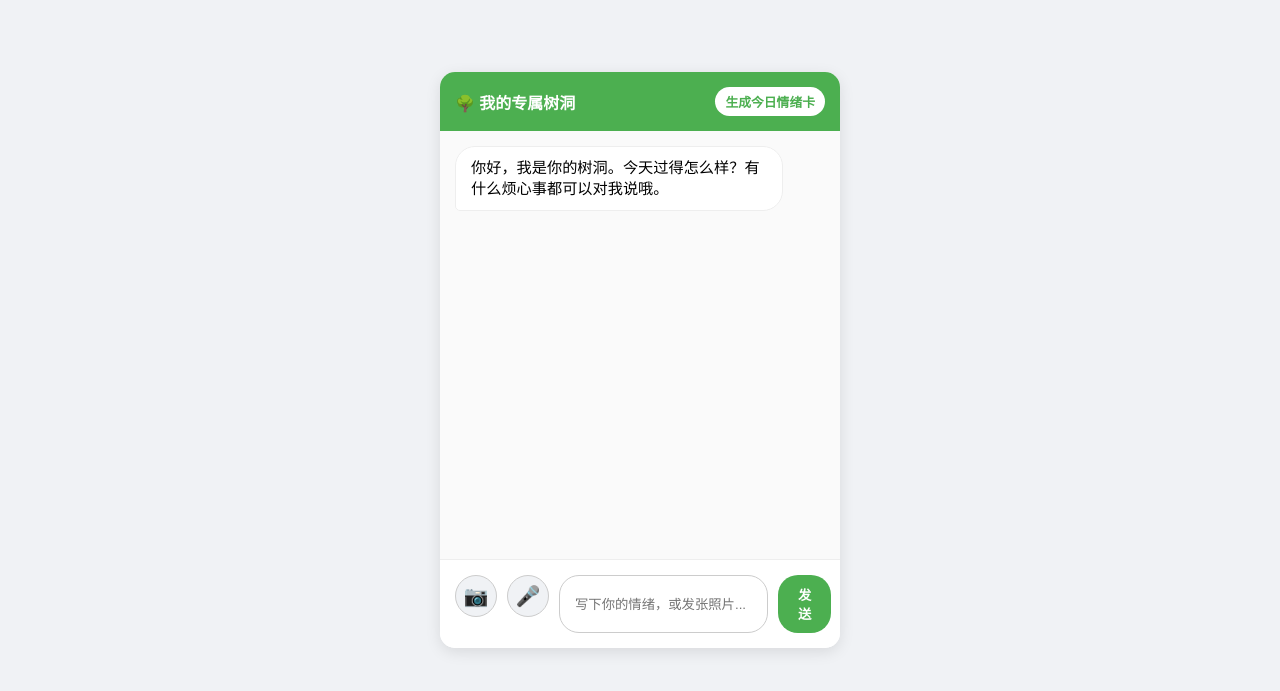
Repository: QinghuaSun1127/Tree_house
Page: index.html
The author's editor kept a copy of each file at every save. The page is drawn from the files as they stood at one save, then again after the next save.
The browser window is 1280 px wide. The pictures show the whole page.

Above is the page before, as saved 2026-04-09 22:42:12.

### index.html
<!DOCTYPE html>
<html lang="zh-CN">

<head>
    <meta charset="UTF-8">
    <meta name="viewport" content="width=device-width, initial-scale=1.0">
    <title>AI 树洞伴侣</title>
    <style>
        body {
            font-family: 'Segoe UI', Tahoma, Geneva, Verdana, sans-serif;
            background-color: #f0f2f5;
            display: flex;
            justify-content: center;
            align-items: center;
            height: 100vh;
            margin: 0;
        }

        .chat-container {
            width: 100%;
            max-width: 400px;
            background: white;
            border-radius: 15px;
            box-shadow: 0 4px 15px rgba(0, 0, 0, 0.1);
            overflow: hidden;
            display: flex;
            flex-direction: column;
            height: 80vh;
        }

        .chat-header {
            background-color: #4CAF50;
            color: white;
            padding: 15px;
            display: flex;
            justify-content: space-between;
            align-items: center;
            font-weight: bold;
        }

        .summary-btn {
            background-color: white;
            color: #4CAF50;
            border: none;
            padding: 5px 10px;
            border-radius: 15px;
            cursor: pointer;
            font-size: 0.8em;
            font-weight: bold;
        }

        .summary-btn:hover {
            background-color: #f0f0f0;
        }

        .chat-box {
            flex: 1;
            padding: 15px;
            overflow-y: auto;
            display: flex;
            flex-direction: column;
            gap: 10px;
            background-color: #fafafa;
        }

        .message {
            max-width: 80%;
            padding: 10px 15px;
            border-radius: 20px;
            line-height: 1.4;
            font-size: 0.95em;
        }

        .user-message {
            background-color: #dcf8c6;
            align-self: flex-end;
            border-bottom-right-radius: 5px;
        }

        .ai-message {
            background-color: #ffffff;
            border: 1px solid #eee;
            align-self: flex-start;
            border-bottom-left-radius: 5px;
        }

        .summary-message {
            background-color: #fff3cd;
            border: 1px solid #ffeeba;
            color: #856404;
            align-self: center;
            width: 90%;
            text-align: center;
            font-size: 0.9em;
            border-radius: 10px;
        }

        .input-area {
            display: flex;
            padding: 15px;
            background: white;
            border-top: 1px solid #eee;
        }

        input[type="text"] {
            flex: 1;
            padding: 10px 15px;
            border: 1px solid #ccc;
            border-radius: 20px;
            outline: none;
        }

        button.send-btn {
            background-color: #4CAF50;
            color: white;
            border: none;
            padding: 10px 20px;
            margin-left: 10px;
            border-radius: 20px;
            cursor: pointer;
            font-weight: bold;
        }
       button.upload-btn {
            background-color: #f0f2f5;
            color: #555;
            border: 1px solid #ccc;
            width: 42px;
            height: 42px;
            /* Flex 居中三剑客 */
            display: flex;
            justify-content: center;
            align-items: center;
            /* 关键修复 1：去除默认行高和内边距，防止图标偏下 */
            line-height: 1;
            padding: 0;
            /* 关键修复 2：防止被右边的输入框挤扁，保证绝对的圆形 */
            flex-shrink: 0;
            border-radius: 50%;
            cursor: pointer;
            margin-right: 10px;
            font-size: 20px;
            outline: none;
        }
        button.upload-btn:hover {
            background-color: #e4e6e9;
        }
        .recording {
            background-color: #ffcccc !important; /* 变成浅红色 */
            color: red !important;
            animation: pulse 1.5s infinite;
        }
        @keyframes pulse {
            0% { transform: scale(1); }
            50% { transform: scale(1.1); }
            100% { transform: scale(1); }
        }    </style>
</head>

<body>

    <div class="chat-container">
        <div class="chat-header">
            <span>🌳 我的专属树洞</span>
            <button class="summary-btn" onclick="getSummary()">生成今日情绪卡</button>
        </div>
        <div class="chat-box" id="chatBox">
            <div class="message ai-message">你好，我是你的树洞。今天过得怎么样？有什么烦心事都可以对我说哦。</div>
        </div>
        <div class="input-area">
            <input type="file" id="imageInput" accept="image/*" style="display: none;" onchange="previewImage()">
            <button class="upload-btn" onclick="document.getElementById('imageInput').click()">📷</button>
            <button class="upload-btn" id="micBtn" onclick="toggleVoice()" title="点击开始/停止说话">🎤</button>

            <input type="text" id="userInput" placeholder="写下你的情绪，或发张照片..." onkeypress="handleKeyPress(event)">
            <button class="send-btn" onclick="sendMessage()">发送</button>
        </div>
        <div id="imagePreviewContainer" style="display: none; padding: 0 15px 10px; background: white;">
            <img id="imagePreview" style="max-height: 60px; border-radius: 8px; border: 1px solid #ccc;">
            <span style="cursor:pointer; color:red; margin-left:10px;" onclick="clearImage()">✖ 取消图片</span>
        </div>
    </div>

    <script>
        // 在系统后台默默记录所有的聊天历史
        let fullChatHistory = "";

        async function sendMessage() {
            const inputField = document.getElementById('userInput');
            const chatBox = document.getElementById('chatBox');
            const text = inputField.value.trim();

            if (!text) return;

            // 1. 显示用户的话，并记录到历史中
            chatBox.innerHTML += `<div class="message user-message">${text}</div>`;
            fullChatHistory += `用户说：${text}\n`;

            inputField.value = '';
            chatBox.scrollTop = chatBox.scrollHeight;

            const loadingId = 'loading-' + Date.now();
            chatBox.innerHTML += `<div class="message ai-message" id="${loadingId}">树洞正在倾听...</div>`;
            chatBox.scrollTop = chatBox.scrollHeight;

            try {
                const response = await fetch('http://127.0.0.1:8000/chat', {
                    method: 'POST',
                    headers: { 'Content-Type': 'application/json' },
                    body: JSON.stringify({
                        text: text,
                        image_url: currentImageDataUrl  // 把刚才保存的图片数据一起发给后端
                    })
                });

                const data = await response.json();

                // 2. 显示 AI 的回复，并记录到历史中
                document.getElementById(loadingId).innerText = data.reply;
                fullChatHistory += `树洞回复：${data.reply}\n`;

            } catch (error) {
                document.getElementById(loadingId).innerText = "（哎呀，树洞似乎开小差了）";
            }

            chatBox.scrollTop = chatBox.scrollHeight;
        }

        // 新增：调用后端摘要接口的函数
        async function getSummary() {
            if (fullChatHistory === "") {
                alert("我们还没有聊天呢，先跟我说说话吧！");
                return;
            }

            const chatBox = document.getElementById('chatBox');
            const loadingId = 'summary-loading-' + Date.now();

            // 在界面上插入一个黄色的专属情绪卡片框
            chatBox.innerHTML += `<div class="message summary-message" id="${loadingId}">正在生成您的专属情绪报告...</div>`;
            chatBox.scrollTop = chatBox.scrollHeight;

            try {
                const response = await fetch('http://127.0.0.1:8000/summary', {
                    method: 'POST',
                    headers: { 'Content-Type': 'application/json' },
                    body: JSON.stringify({ chat_history: fullChatHistory })
                });

                const data = await response.json();

                // 将后端的摘要结果显示在黄色卡片里（把换行符替换为 HTML 的 <br> 以便格式美观）
                document.getElementById(loadingId).innerHTML = "<strong>🌟 今日心境报告 🌟</strong><br>" + data.summary.replace(/\n/g, '<br>');
            } catch (error) {
                document.getElementById(loadingId).innerText = "生成情绪报告失败，请重试。";
            }

            chatBox.scrollTop = chatBox.scrollHeight;
        }

        function handleKeyPress(event) {
                if (event.key === 'Enter') {
                    sendMessage();
                }
            }
        let currentImageDataUrl = null; // 用来暂存用户选择的图片
            // 语音识别全局变量
                let recognition;
                let isRecording = false;

                // 1. 初始化浏览器的语音识别引擎
                if ('webkitSpeechRecognition' in window || 'SpeechRecognition' in window) {
                    const SpeechRecognition = window.SpeechRecognition || window.webkitSpeechRecognition;
                    recognition = new SpeechRecognition();
                    recognition.continuous = false; // 设为 false：说完一句话自动停止
                    recognition.interimResults = false; // 设为 false：只返回最终识别结果
                    recognition.lang = 'zh-CN'; // 设定识别语言为中文

                    // 当录音开始时
                    recognition.onstart = function () {
                        isRecording = true;
                        document.getElementById('micBtn').classList.add('recording');
                        document.getElementById('userInput').placeholder = "正在倾听，请说话...";
                    };

                    // 当识别到语音并转化为文字时
                    recognition.onresult = function (event) {
                        const transcript = event.results[0][0].transcript;
                        const inputField = document.getElementById('userInput');
                        // 将语音转成的文字追加到输入框里
                        inputField.value += transcript;
                    };

                    // 当发生错误（比如没给麦克风权限）时
                    recognition.onerror = function (event) {
                        console.error("语音识别错误: ", event.error);
                        if (event.error === 'not-allowed') {
                            alert("无法录音，请在浏览器地址栏左侧允许麦克风权限！");
                        }
                    };

                    // 当录音结束时
                    recognition.onend = function () {
                        isRecording = false;
                        document.getElementById('micBtn').classList.remove('recording');
                        document.getElementById('userInput').placeholder = "写下你的情绪，或发张照片...";
                    };
                } else {
                    console.warn("当前浏览器不支持 Web Speech API");
                }

                // 2. 绑定按钮点击事件：点击开始，再点停止
                function toggleVoice() {
                    if (!recognition) {
                        alert("非常抱歉，您的浏览器不支持语音输入功能，推荐使用最新版 Chrome 或 Edge 浏览器。");
                        return;
                    }
                    if (isRecording) {
                        recognition.stop();
                    } else {
                        recognition.start();
                    }
                }
            // 1. 用户选择图片后的预览与转换逻辑
            function previewImage() {
                const file = document.getElementById('imageInput').files[0];
                if (file) {
                    const reader = new FileReader();
                    reader.onload = function (e) {
                        currentImageDataUrl = e.target.result; // 这就是那串神奇的 Base64 代码
                        document.getElementById('imagePreview').src = currentImageDataUrl;
                        document.getElementById('imagePreviewContainer').style.display = 'block';
                    };
                    reader.readAsDataURL(file); // 开始读取文件
                }
            }

            // 2. 取消图片的逻辑
            function clearImage() {
                currentImageDataUrl = null;
                document.getElementById('imageInput').value = '';
                document.getElementById('imagePreviewContainer').style.display = 'none';
            }
    </script>

</body>

</html>

After the next save:
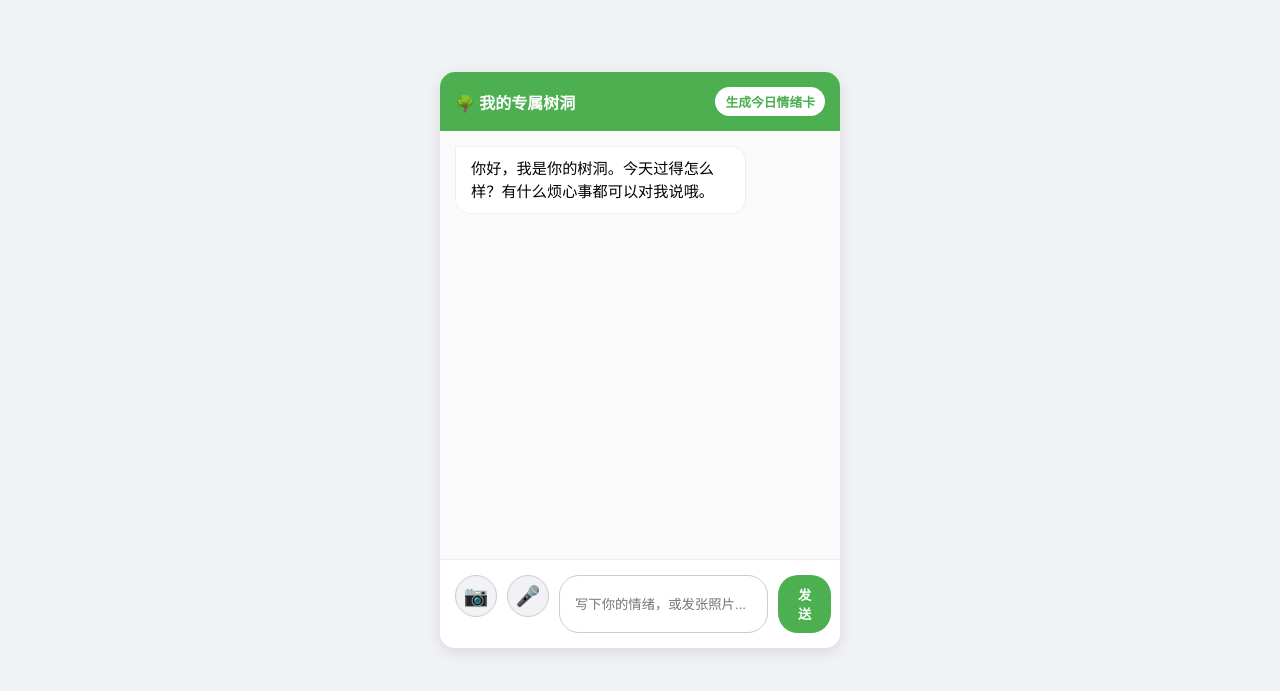
Saved 28 min 55 s later.
--- a/index.html
+++ b/index.html
@@ -63,25 +63,74 @@
             background-color: #fafafa;
         }
 
+        /* --- 消息容器与头像样式 --- */
+        .message-wrapper {
+            display: flex;
+            align-items: flex-start;
+            margin-bottom: 15px;
+            gap: 10px;
+        }
+        .user-wrapper {
+            flex-direction: row-reverse; /* 用户消息靠右，头像在右 */
+        }
+        .ai-wrapper {
+            flex-direction: row; /* AI消息靠左，头像在左 */
+        }
+        .avatar {
+            width: 36px;
+            height: 36px;
+            border-radius: 50%;
+            display: flex;
+            justify-content: center;
+            align-items: center;
+            font-size: 20px;
+            background-color: #eee;
+            flex-shrink: 0;
+            box-shadow: 0 2px 5px rgba(0,0,0,0.1);
+        }
+        .ai-avatar { background-color: #e8f5e9; } /* 浅绿色背景 */
+        .user-avatar { background-color: #e3f2fd; } /* 浅蓝色背景 */
+
+        /* --- 气泡样式优化 --- */
         .message {
-            max-width: 80%;
+            max-width: 70%;
             padding: 10px 15px;
-            border-radius: 20px;
-            line-height: 1.4;
+            border-radius: 15px;
+            line-height: 1.5;
             font-size: 0.95em;
-        }
-
+            word-wrap: break-word;
+        }
         .user-message {
             background-color: #dcf8c6;
-            align-self: flex-end;
-            border-bottom-right-radius: 5px;
-        }
-
+            border-top-right-radius: 2px;
+        }
         .ai-message {
             background-color: #ffffff;
             border: 1px solid #eee;
-            align-self: flex-start;
-            border-bottom-left-radius: 5px;
+            border-top-left-radius: 2px;
+        }
+
+        /* --- 快捷引导气泡样式 --- */
+        .quick-replies {
+            display: flex;
+            flex-wrap: wrap;
+            gap: 8px;
+            margin-top: 5px;
+            margin-left: 46px; /* 和AI头像对齐 */
+        }
+        .quick-btn {
+            background-color: #fff;
+            border: 1px solid #4CAF50;
+            color: #4CAF50;
+            padding: 6px 12px;
+            border-radius: 15px;
+            font-size: 0.85em;
+            cursor: pointer;
+            transition: all 0.2s;
+        }
+        .quick-btn:hover {
+            background-color: #4CAF50;
+            color: #fff;
         }
 
         .summary-message {
